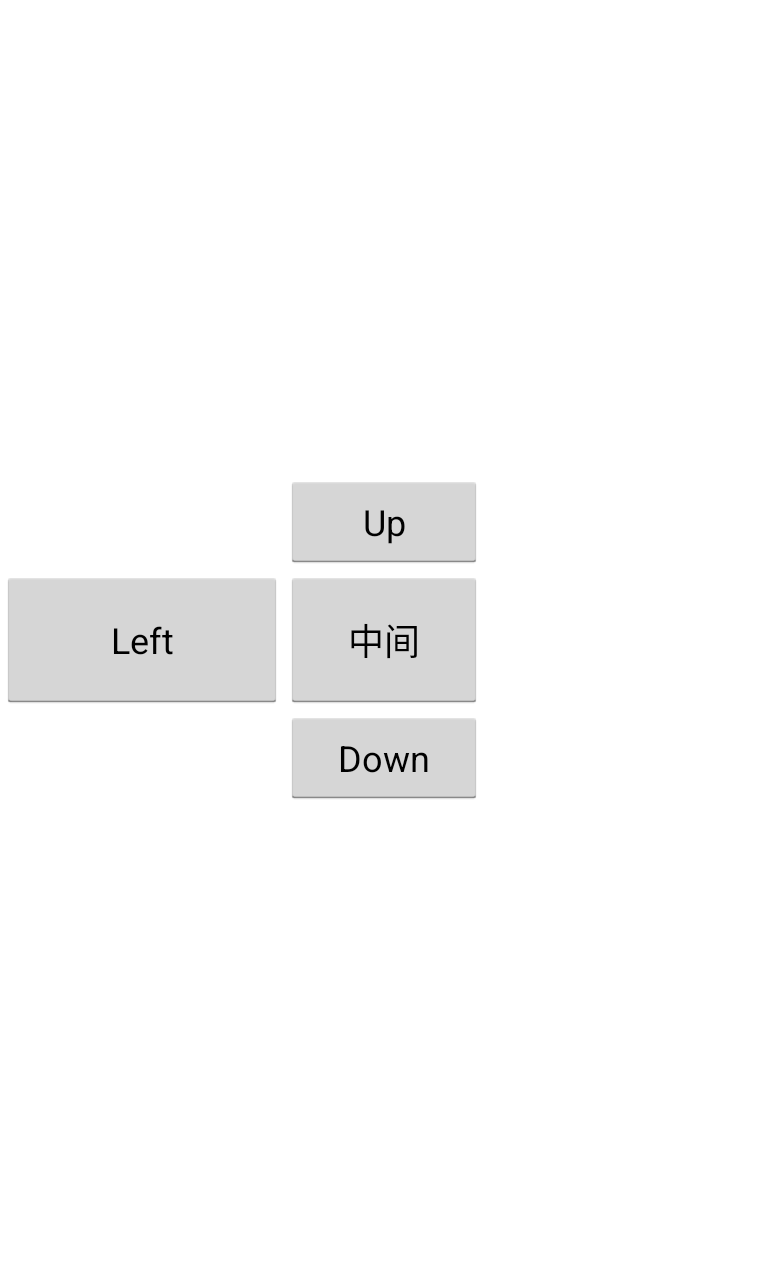
Repository: IvyZh/hm66
Layout: 黑马项目/res/layout/activity_relativelayout.xml
An editor plug-in stored every save of this project. The layout is shown before and after the next save, followed by the edit.
It is drawn on a 768 x 1280 px phone screen (xhdpi) without system bars, with theme AppTheme; the app's code is not run.

Above is the layout before, as saved 2016-05-17 17:20:38.

After the next save:
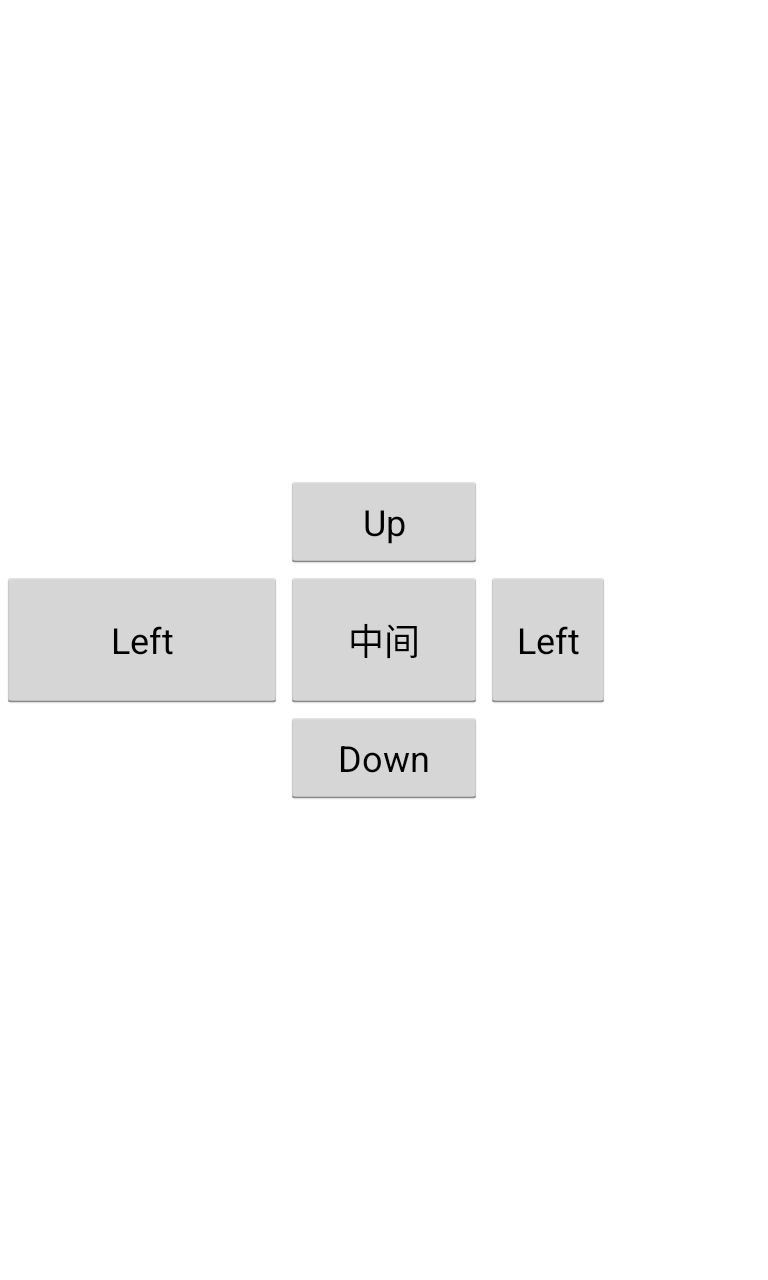
Saved 19 s later.
--- a/黑马项目/res/layout/activity_relativelayout.xml
+++ b/黑马项目/res/layout/activity_relativelayout.xml
@@ -37,4 +37,14 @@
         android:layout_toLeftOf="@id/bt_center"
         android:text="Left" />
 
+    <Button
+        android:layout_width="wrap_content"
+        android:layout_height="wrap_content"
+        android:layout_alignBottom="@id/bt_center"
+        android:layout_alignRight="true"
+        android:layout_alignTop="@id/bt_center"
+        android:layout_centerVertical="true"
+        android:layout_toRightOf="@id/bt_center"
+        android:text="Left" />
+
 </RelativeLayout>
